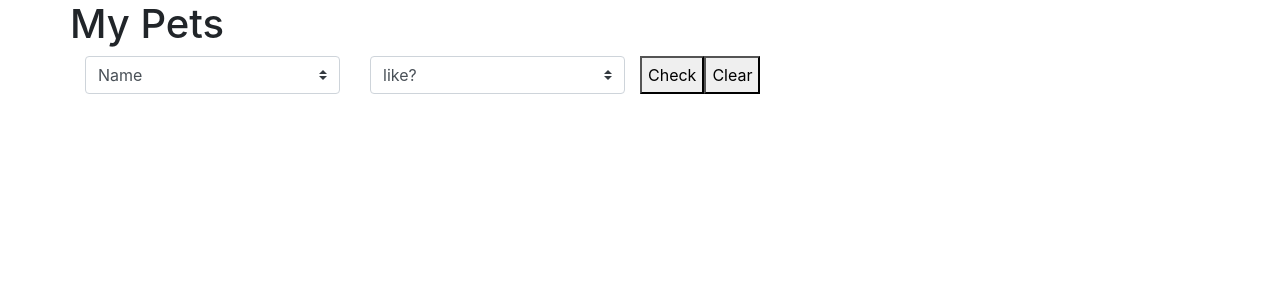
Repository: Mschikay/EBusiness
Page: http://localhost/Json/animal.jsp
These files come from the project's save history. The page is drawn as it stood at one moment and after the next save; the edit follows.
The browser window is 1280 px wide. The pictures show the whole page.
Some web libraries are served in a nearby version. The page is served by Tomcat 9.

Above is the page before, as saved 2019-01-27 05:50:19.

After the next save:
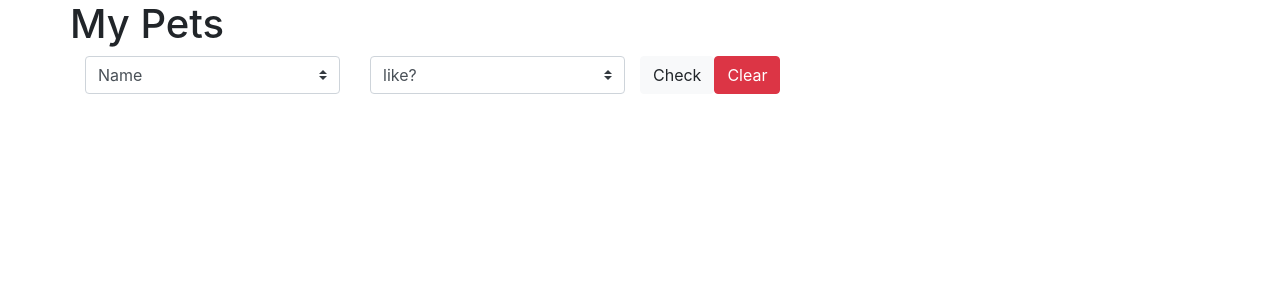
Saved 81 s later.
--- a/groupwork/Json/WebContent/animal.jsp
+++ b/groupwork/Json/WebContent/animal.jsp
@@ -36,8 +36,8 @@
 			</select>
 		</div>
 
-		<button id="check">Check</button>
-		<button id="clear">Clear</button>
+		<button id="check" class="btn btn-light">Check</button>
+		<button id="clear" class="btn btn-danger">Clear</button>
 
 	<div id="info"></div>
 	</div>
